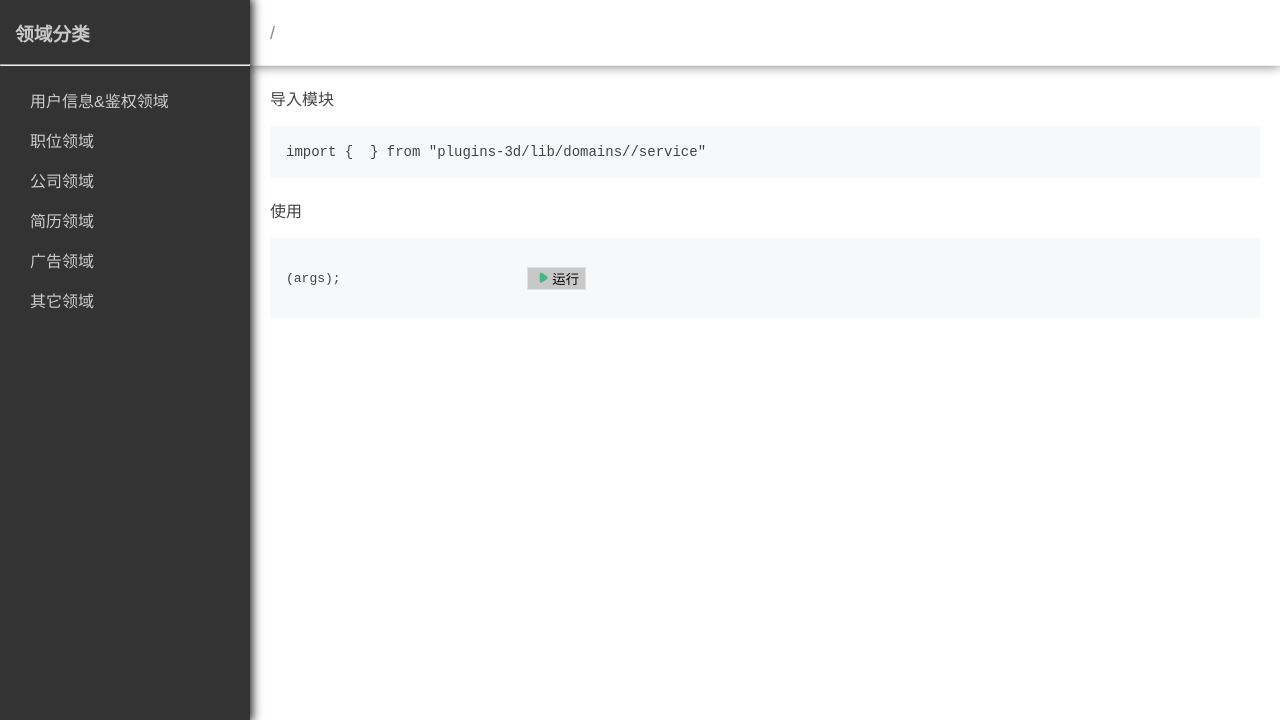
Repository: lsliangshan/inig-3d-doc
Page: /detail
These files come from the project's save history. The page is drawn as it stood at one moment and after the next save; the edit follows.
The browser window is 1280 px wide. The pictures show the whole page.
An inner scrolling area shows only its first screen. The project was rebuilt for these pictures with package versions that can differ from the ones it lists, and the page was loaded fresh each time. Also part of the build but not shown: vue.config.js, src/components/HelloWorld.vue, src/views/Home.vue, src/components/User.vue, src/components/Position.vue, src/components/Company.vue, src/components/Resume.vue, src/components/Ads.vue and 1 more. Imported but missing from the stored project, and not drawn on this page: ../plugins-3d/lib/domains/job/service, ../plugins-3d/lib/domains/user/service.

Above is the page before, as saved 2019-08-08 22:16:21.

After the next save:
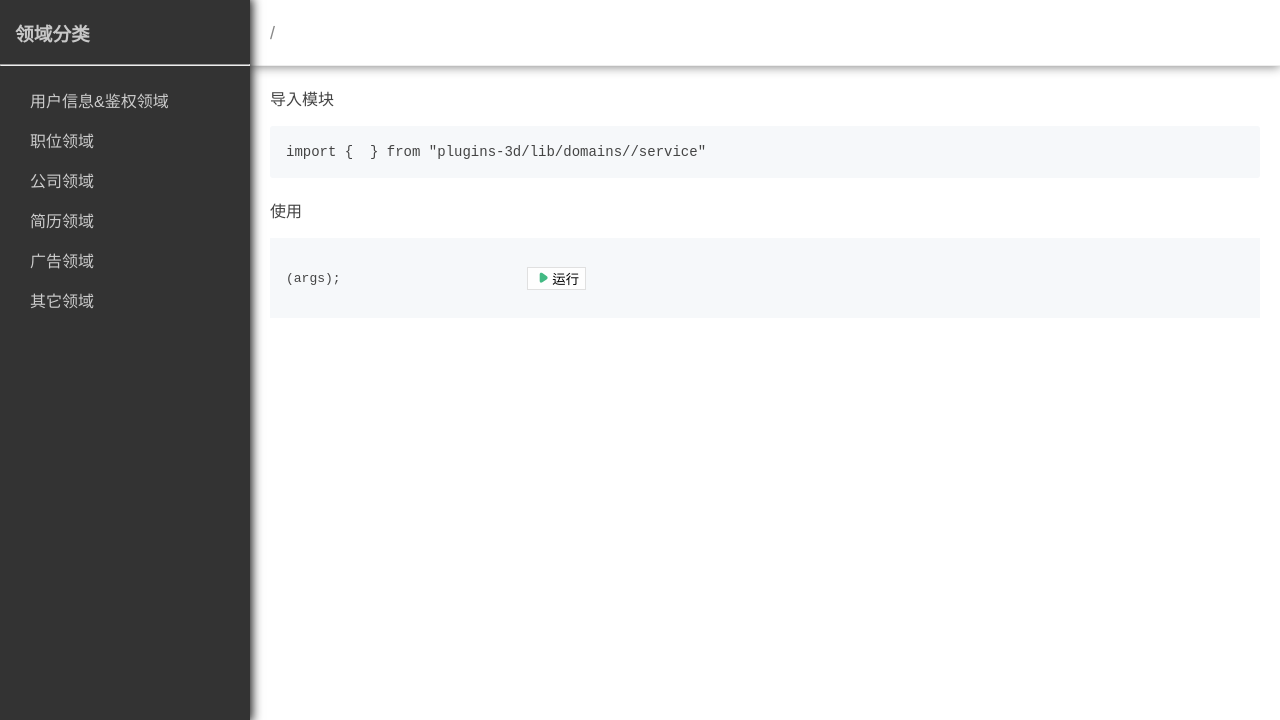
Saved 5 s later.
--- a/src/components/parts/DetailContent.vue
+++ b/src/components/parts/DetailContent.vue
@@ -147,7 +147,7 @@
   }
   .form_footer .btn_run {
     border: 1px solid #e0e0e0;
-    background-color: #c8c8c8;
+    background-color: #fefefe;
     transition: all 0.2s ease-in-out;
     cursor: pointer;
     display: flex;
